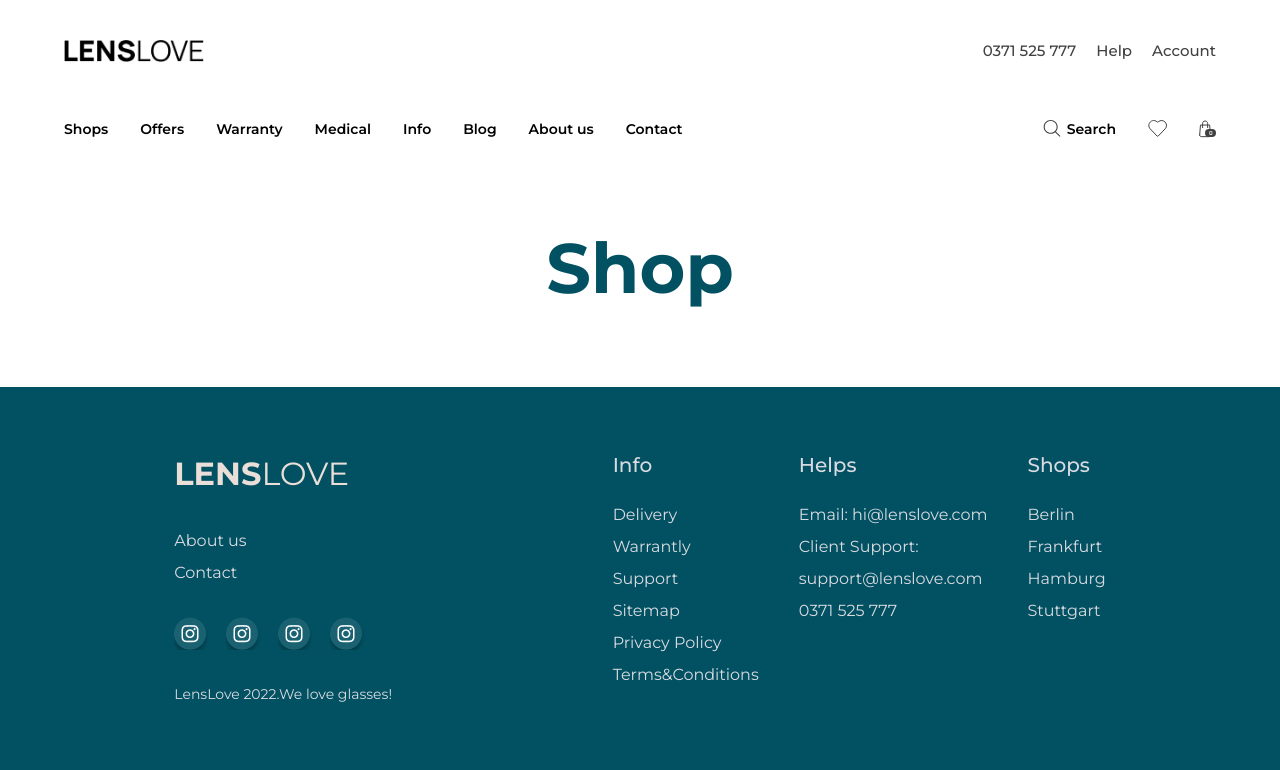
Repository: thienthanhvinh/glasses-react
Page: /shop
These files come from the project's save history. The page is drawn as it stood at one moment and after a run of saves; the edit follows.
The browser window is 1280 px wide. The pictures show the whole page.
The project was rebuilt for these pictures with package versions that can differ from the ones it lists, and the page was loaded fresh each time. Also part of the build but not shown: src/App.css, src/components/button/Button.js, src/components/category/Category.js, src/components/intro/Intro.js, src/components/sales/SpringSales.js, src/modules/GlassesGrid.js, src/modules/GlassesItem.js, src/modules/HeadlineImage.js and 11 more.

Above is the page before, as saved 2023-02-13 20:08:15.

After the next 2 saves:
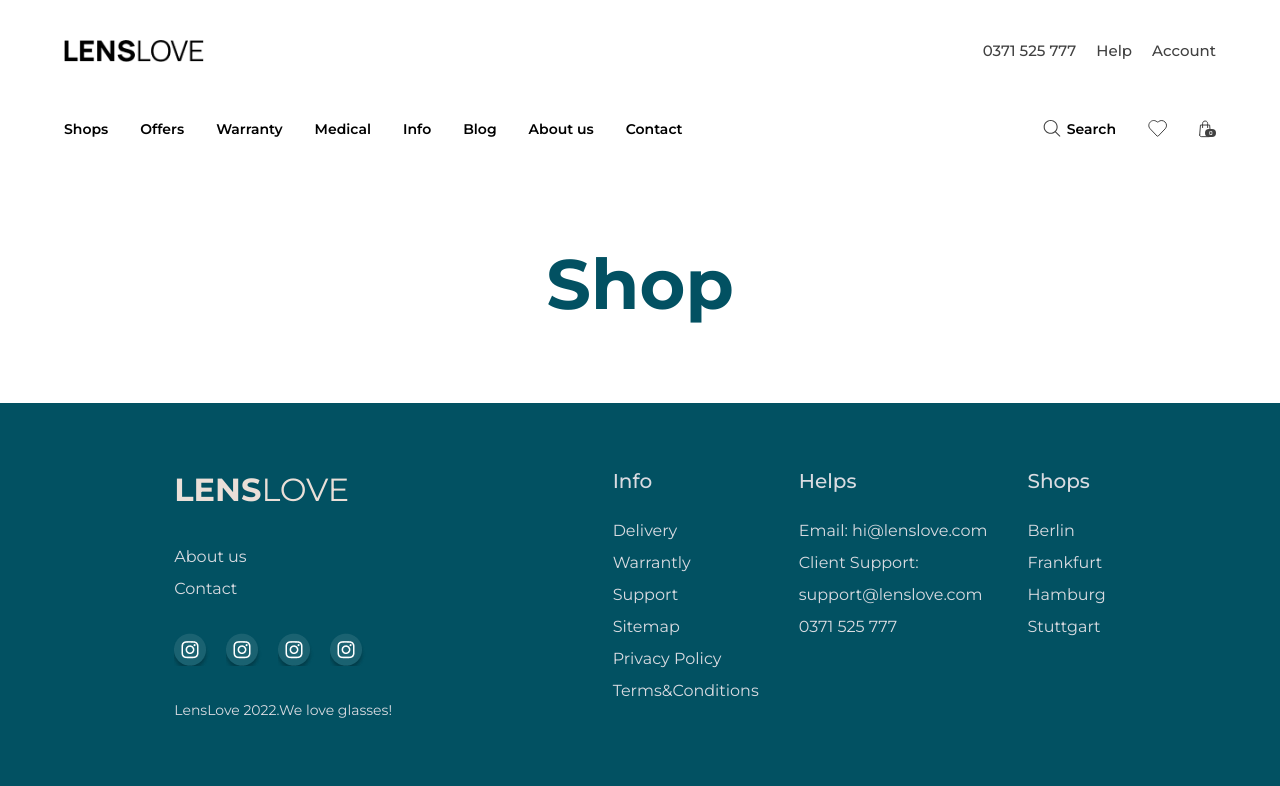
The 2 saves are shown as one change because they came seconds apart.
The last was saved 8 s later.
--- a/src/pages/ShopPage.js
+++ b/src/pages/ShopPage.js
@@ -7,7 +7,7 @@ const ShopPage = () => {
     return (
         <>
             <LayoutGlasses>
-                <Heading className='mt-10'>Shop</Heading>
+                <Heading className='mt-14'>Shop</Heading>
             </LayoutGlasses>
         </>
     );
